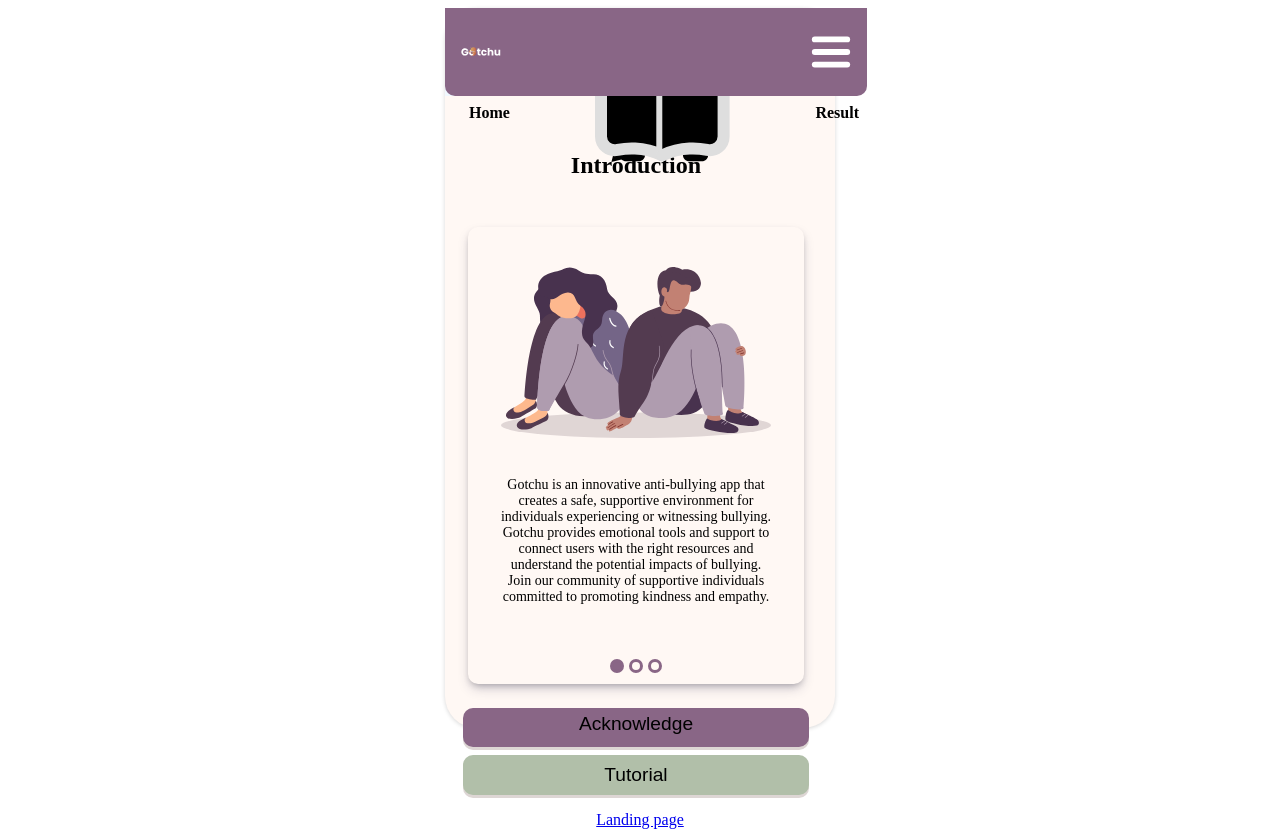
Repository: Haydenleung/Webapp-Gotchu
Page: /introduction, after clicking the first element matching `img.Navbar_3b2a7_hamburger`
An editor plug-in stored every save of this project. The page is shown before and after the next save, followed by the edit.
The browser window is 1280 px wide. The pictures show the whole page.
The project was rebuilt for these pictures with package versions that can differ from the ones it lists, and the page was loaded fresh each time. The framework's server and built-in components were replaced by stand-ins that run in the browser. Also part of the build but not shown: next.config.js, components/Button/Button.module.css, components/Button/index.js.

Above is the page before, as saved 2023-03-23 09:09:28.

After the next save:
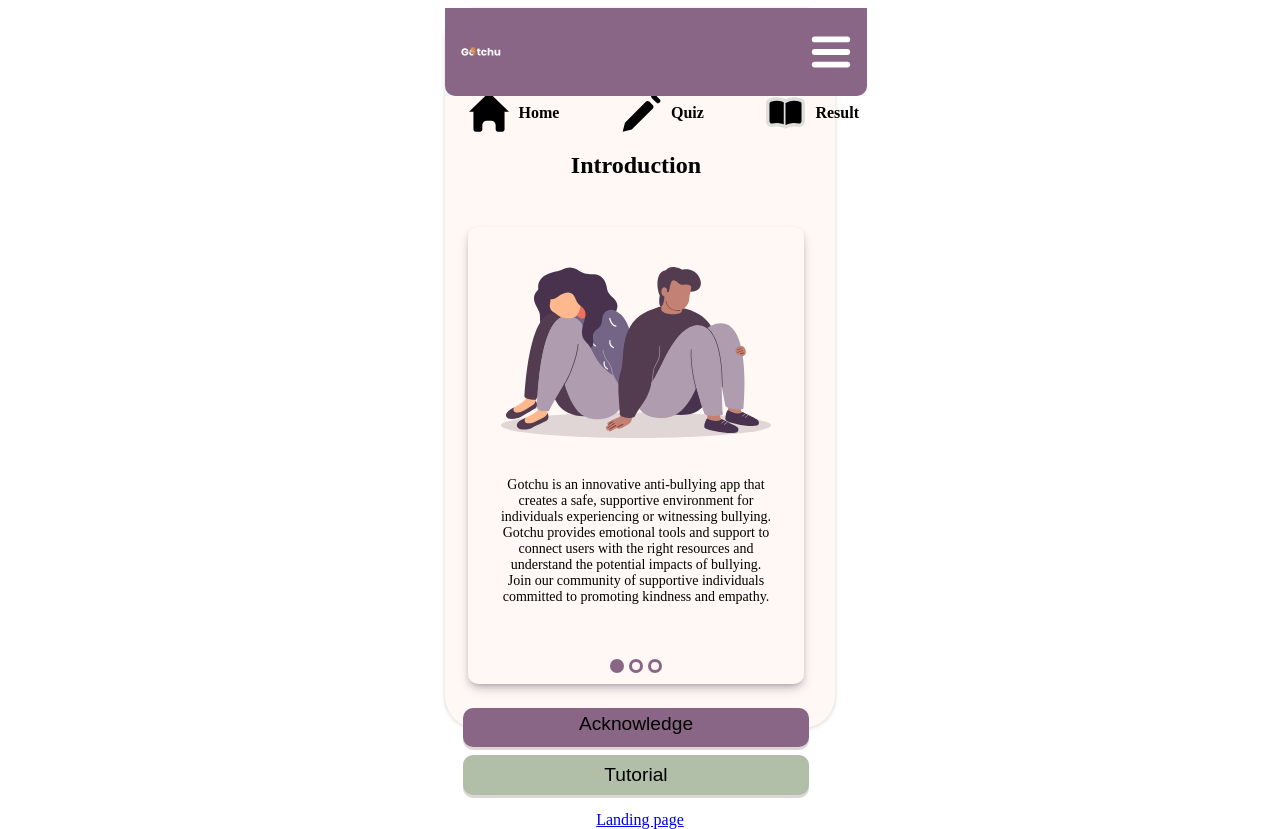
Saved 16 s later.
--- a/components/Navbar/index.js
+++ b/components/Navbar/index.js
@@ -23,15 +23,15 @@ export default function Navbar() {
         popup === true ?
           <div className={styles.extendbar}>
             <div className={styles.extendtab}>
-              <Image src={'/icons/home.svg'} className={styles.hamburger} fill />
+              <Image src={'/icons/home.svg'} className={styles.hamburger} width={40} height={40} />
               <h4>Home</h4>
             </div>
             <div className={styles.extendtab}>
-              <Image src={'/icons/quiz.svg'} className={styles.hamburger} fill />
+              <Image src={'/icons/quiz.svg'} className={styles.hamburger} width={40} height={40} />
               <h4>Quiz</h4>
             </div>
             <div className={styles.extendtab}>
-              <Image src={'/icons/result.svg'} className={styles.hamburger} fill />
+              <Image src={'/icons/result.svg'} className={styles.hamburger} width={40} height={40} />
               <h4>Result</h4>
             </div>
           </div>
